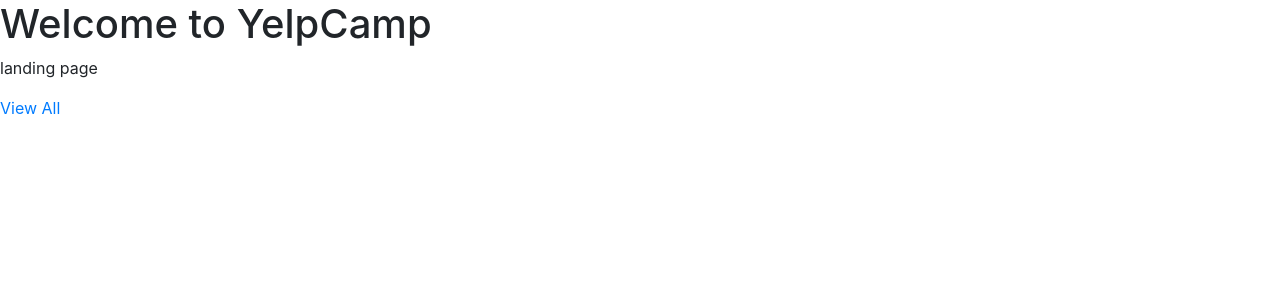
Repository: greenwich9/yelpCampWebApp
Page: http://localhost/
The author's editor kept a record of every edit. The page is drawn from the files as they stood at one moment, then again after the next edit.
The browser window is 1280 px wide. The pictures show the whole page.
The page is served by the project's Node server (app.js).

Above is the page before.

After the next edit:
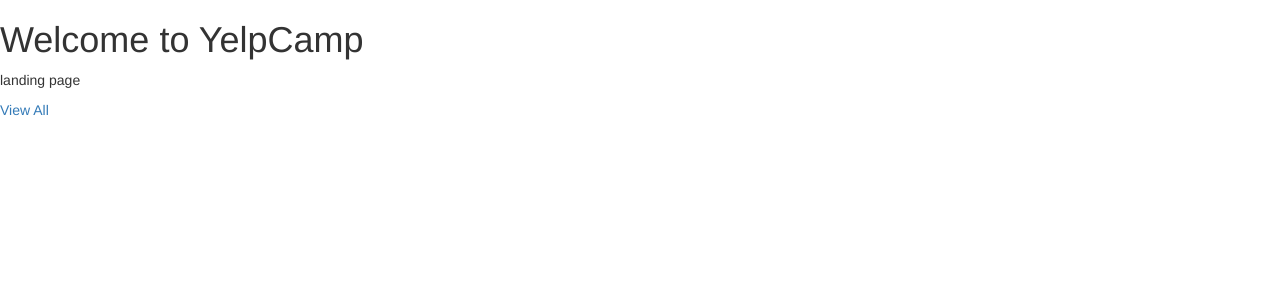
The edit:
--- a/views/partials/header.ejs
+++ b/views/partials/header.ejs
@@ -2,6 +2,6 @@
 <html>
     <head>
         <title>YelpCamp</title>
-        <link rel="stylesheet" href="https://stackpath.bootstrapcdn.com/bootstrap/4.1.1/css/bootstrap.min.css">
+        <link rel="stylesheet" href="https://cdn.bootcss.com/bootstrap/3.3.6/css/bootstrap.min.css">
     </head>
     <body>
